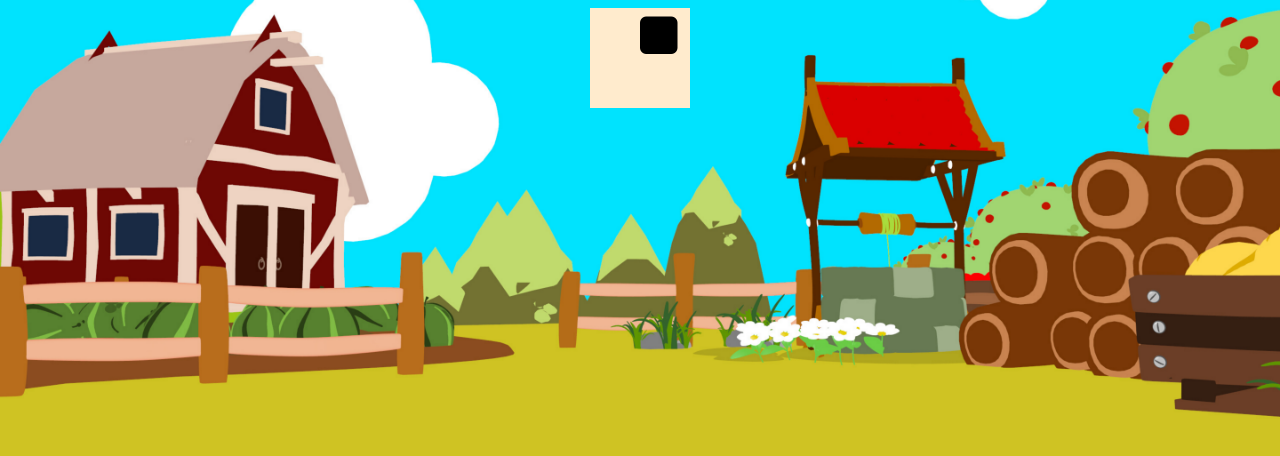
Repository: rumor1993/DreamCoding-Browser101
Page: Chapter07/index.html
An editor plug-in stored every save of this project. The page is shown before and after the next save, followed by the edit.
The browser window is 1280 px wide. The pictures show the whole page.
Some web libraries are served in a nearby version.

Above is the page before, as saved 2021-01-01 13:32:57.

### Chapter07/index.html
<!DOCTYPE html>
<html lang="en">
  <head>
    <meta charset="UTF-8" />
    <meta name="viewport" content="width=device-width, initial-scale=1.0" />
    <title>Document</title>
    <style>
      body {
        background-repeat: no-repeat;
        background-size: cover;
        background-image: url("carrot/img/background.png");
      }

      .stop {
        position: relative;
        background-color: blanchedalmond;
        width: 100px;
        height: 100px;
        font-size: 50px;
        margin: auto;
        text-align: center;
      }

      .stop i {
        transform: translate(50%);
      }

      .timer {
        position: relative;
        width: 200px;
        height: 200px;
        left: 50%;
      }
    </style>
    <script src="https://kit.fontawesome.com/86c035f01d.js" crossorigin="anonymous"></script>
  </head>
  <body>
    <div class="stop">
      <i class="fas fa-stop"></i>
    </div>
    <div class="timer"></div>
    <div class="carrot-count"></div>
    <div class="carrot"></div>
    <div class="bug"></div>
  </body>
</html>

After the next save:
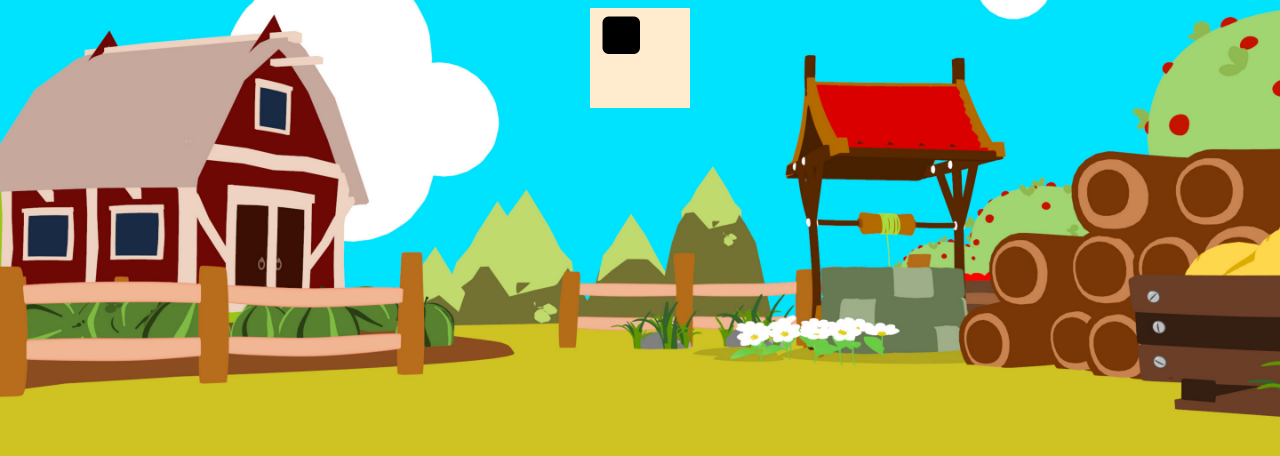
Saved 33 s later.
--- a/Chapter07/index.html
+++ b/Chapter07/index.html
@@ -22,7 +22,7 @@
       }
 
       .stop i {
-        transform: translate(50%);
+        transform: translate(-50%);
       }
 
       .timer {
